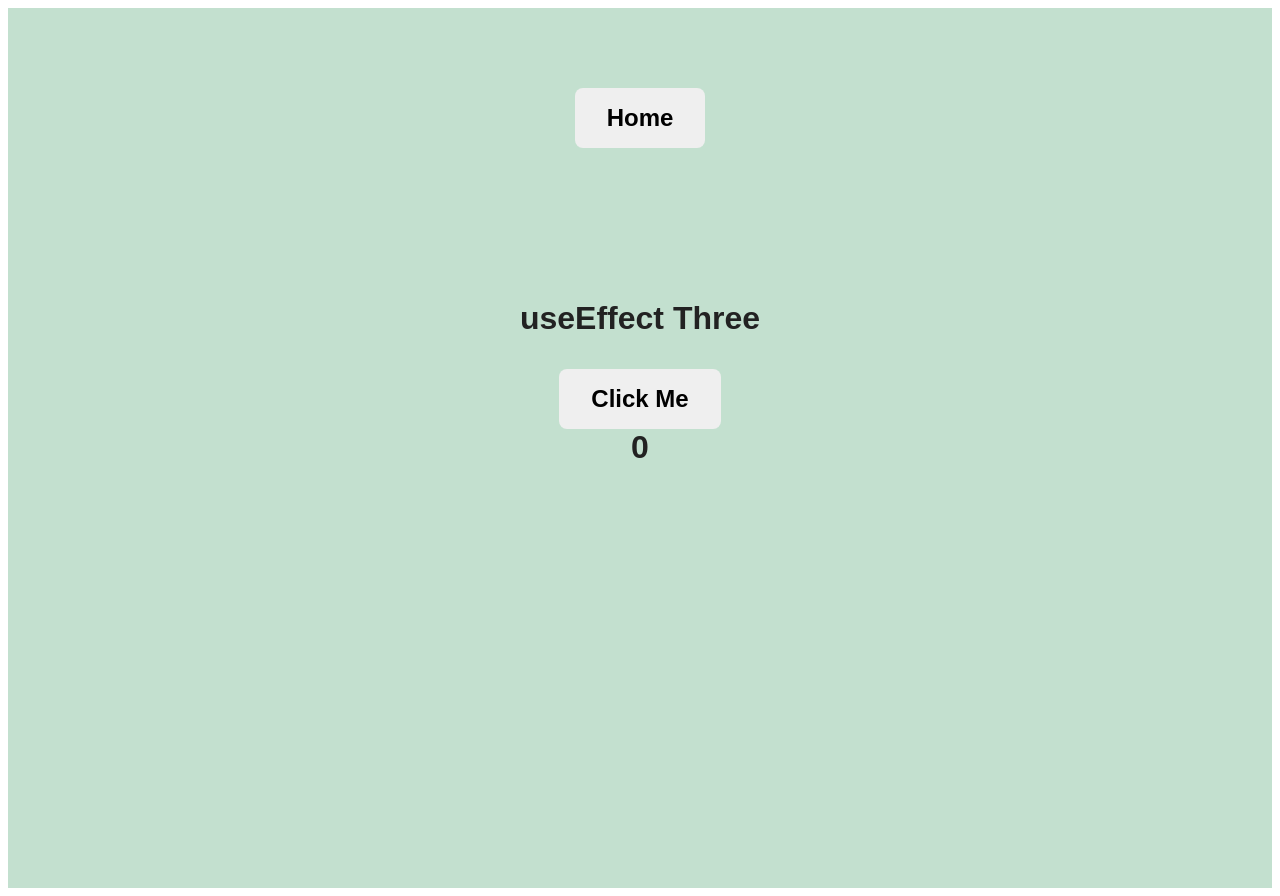
Repository: giovanabirck/class8
Page: /useEffectThree
The author's editor kept a copy of each file at every save. The page is drawn from the files as they stood at one save, then again after the next save.
The browser window is 1280 px wide. The pictures show the whole page.
The project was rebuilt for these pictures with package versions that can differ from the ones it lists, and the page was loaded fresh each time. The framework's server and built-in components were replaced by stand-ins that run in the browser. Also part of the build but not shown: next.config.js.

Above is the page before, as saved 2023-02-23 18:14:58.

After the next save:
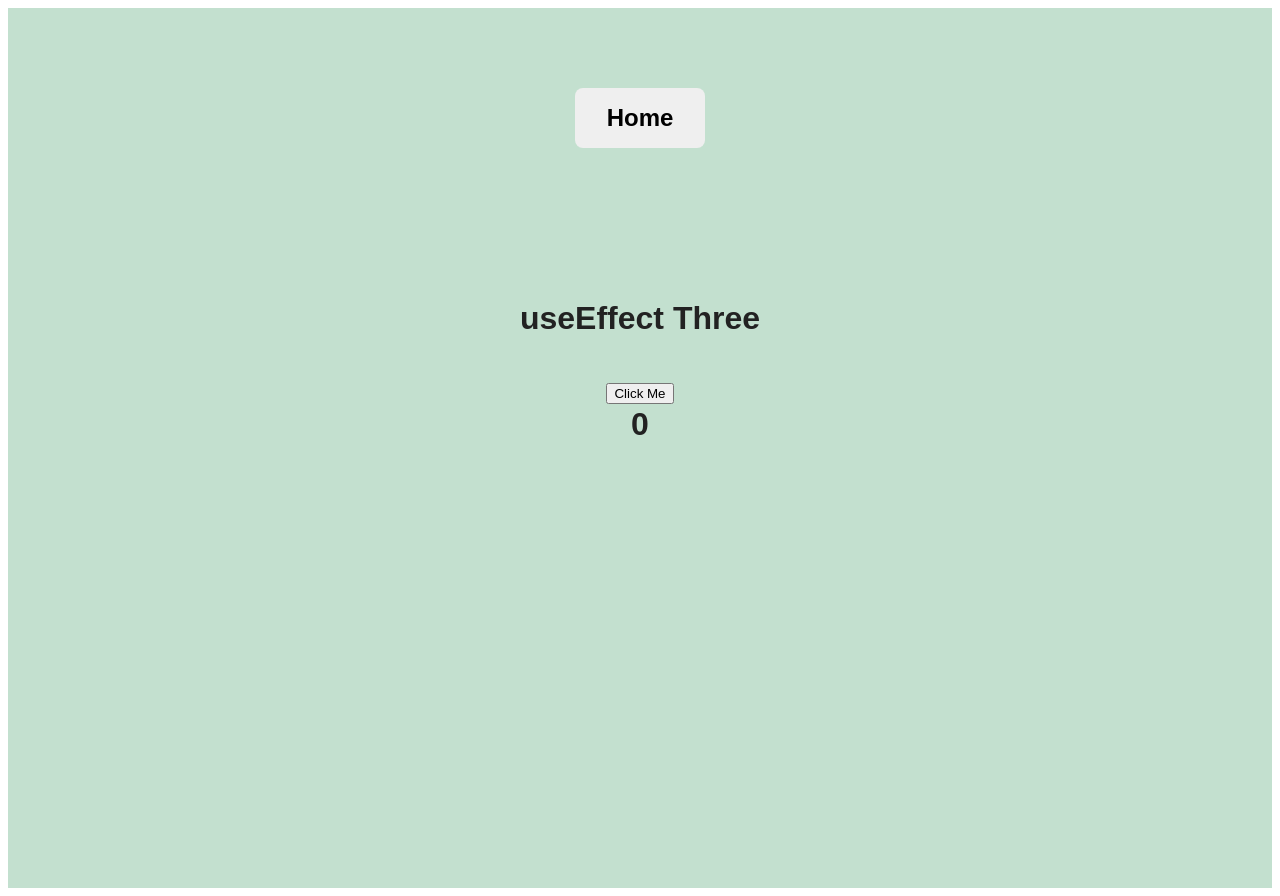
Saved 4 s later.
--- a/pages/useEffectThree.js
+++ b/pages/useEffectThree.js
@@ -30,7 +30,7 @@
                     </div>
 
                     <div>
-                        <button className={styles.btn} onClick={() => setNumber(number + 1)}>Click Me</button>
+                        <button className={styles.btn_} onClick={() => setNumber(number + 1)}>Click Me</button>
                     </div>
 
                     <div>

After the 5 saves that followed:
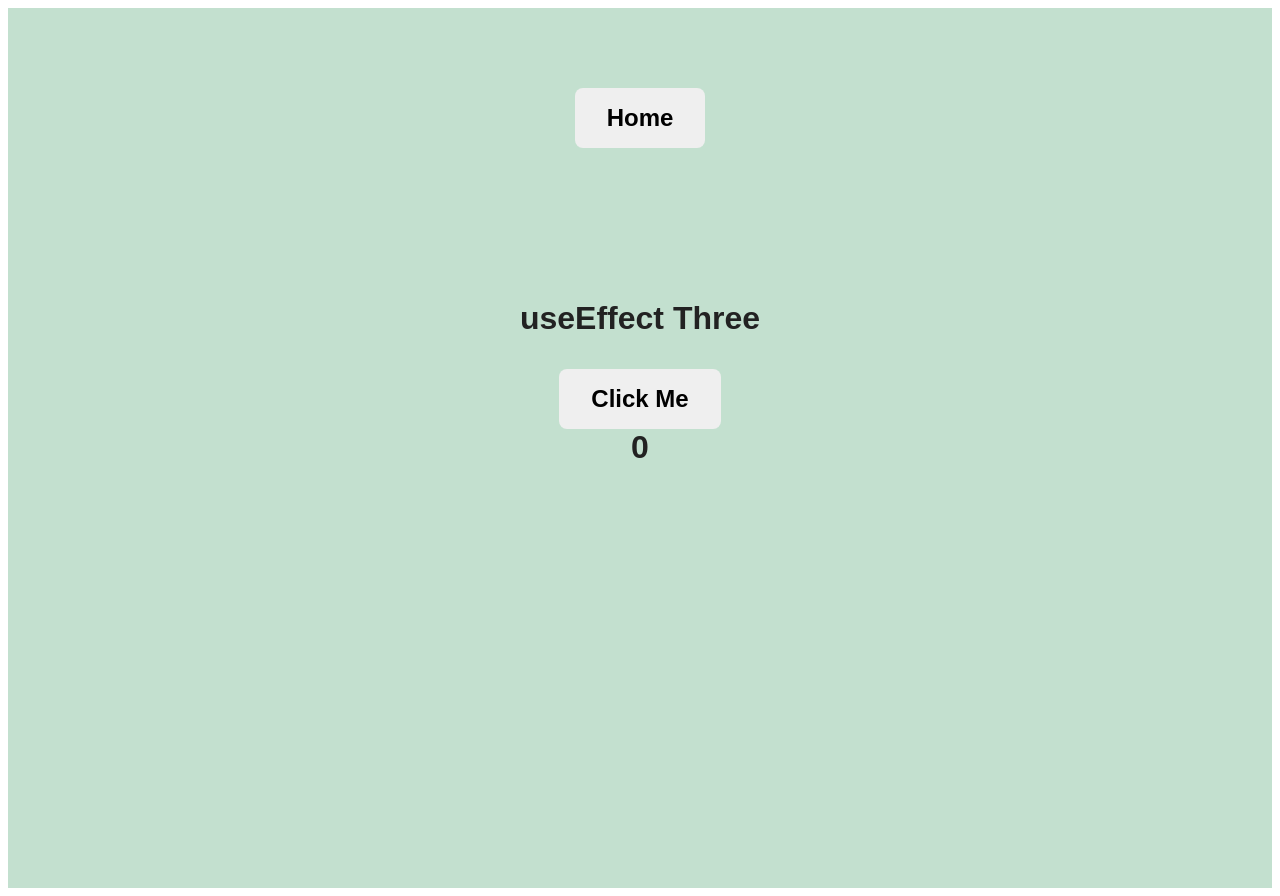
The 5 saves are shown as one change because 2 left the picture as it was and some came seconds apart.
The last was saved 28 s later.
--- a/pages/useEffectThree.js
+++ b/pages/useEffectThree.js
@@ -30,7 +30,7 @@
                     </div>
 
                     <div>
-                        <button className={styles.btn_} onClick={() => setNumber(number + 1)}>Click Me</button>
+                        <button className={styles.btn_secondary} onClick={() => setNumber(number + 1)}>Click Me</button>
                     </div>
 
                     <div>
--- a/styles/UseEffectThree.module.css
+++ b/styles/UseEffectThree.module.css
@@ -33,3 +33,12 @@
   .content_title {
     padding: 2rem;
   }
+
+  .btn_secondary {
+    font-weight: 900;
+    font-size: 1.5rem;
+    padding: 1rem 2rem;
+    border-radius: 0.5rem;
+    border-style: none;
+    cursor: pointer;
+  }
